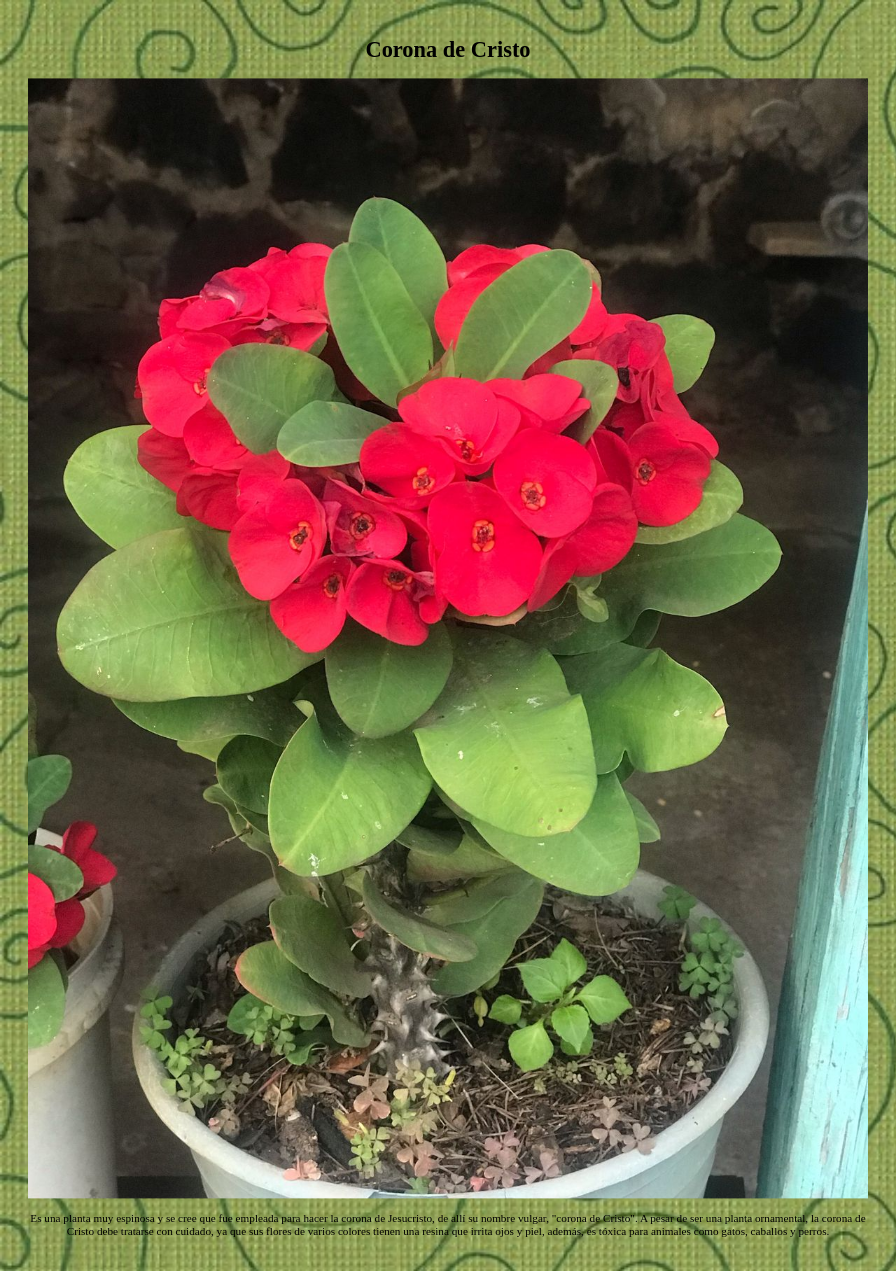
Repository: carrascokarencb37-afk/Nuura
Page: html/guiaPlant/planta1.html
The author's editor kept a copy of each file at every save. The page is drawn from the files as they stood at one save, then again after the next save.
The browser window is 1280 px wide. The pictures show the part of the page from y = 0 to 1920 px (the page is 1816 px tall before and 3335 px after), at 70% of full size.

Above is the page before, as saved 2026-05-22 22:44:06.

After the next save:
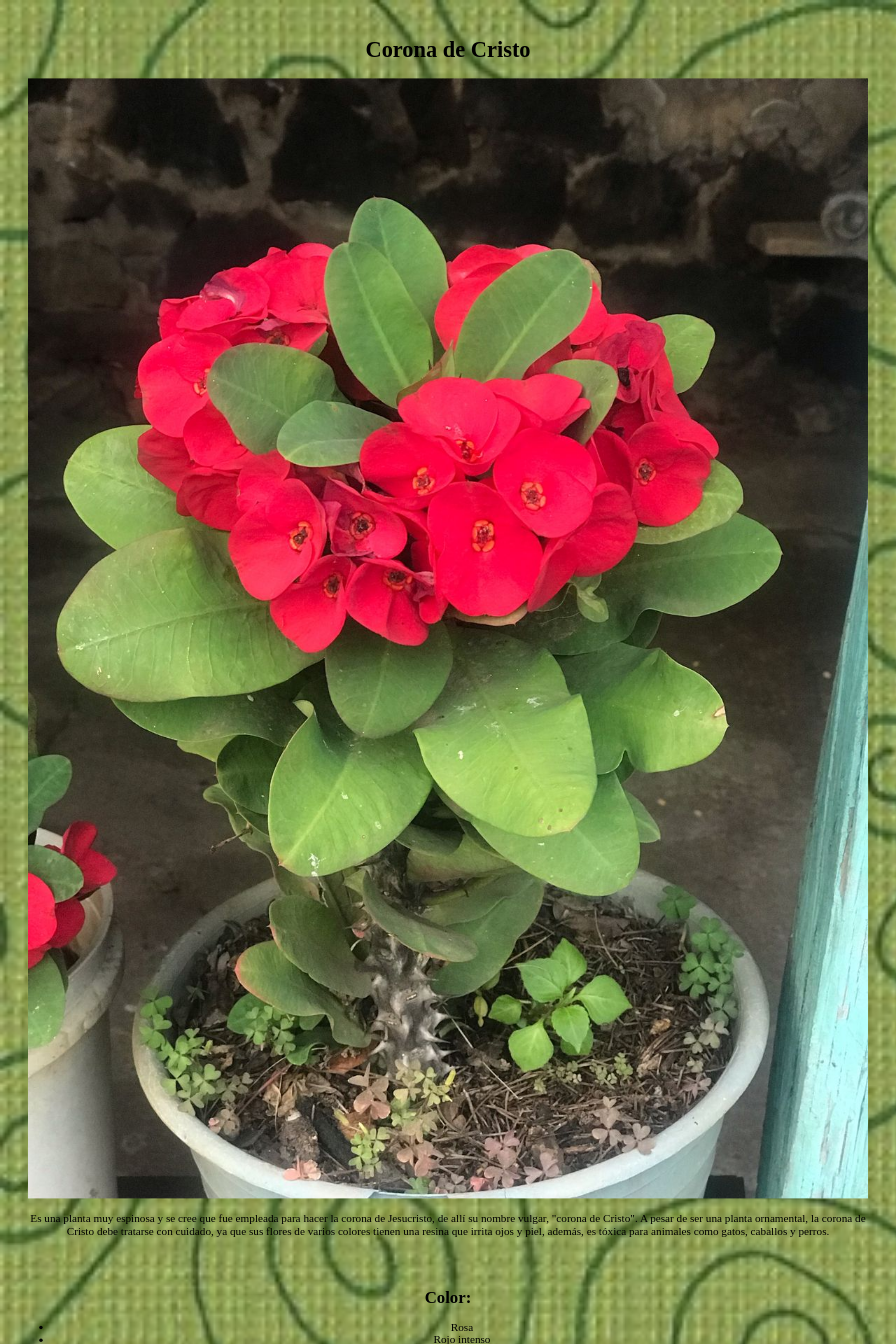
Saved 15 min 39 s later.
--- a/html/guiaPlant/planta1.html
+++ b/html/guiaPlant/planta1.html
@@ -16,7 +16,63 @@
             A pesar de ser una planta ornamental, la corona de Cristo debe tratarse
             con cuidado, ya que sus flores de varios colores tienen una resina que
             irrita ojos y piel, además, es tóxica para animales como gatos, caballos y
-            perros.</p>
+            perros.</p><br><br>
+
+        <h2>Color:</h2>
+        <ul>
+            <li>Rosa</li>
+            <li>Rojo intenso</li>
+            <li>Amarillo</li>
+            <li>Blanco</li>
+            <li>Naranja</li>
+        </ul>
+        <br><br>
+
+        <h2>Olor:</h2>
+        <p>La corona de Cristo tiene un aroma muy suave o casi imperceptible. No
+            destaca por su fragancia, sino por su apariencia ornamenatal.</p>
+        <br><br>
+
+        <h2>Tamaño:</h2>
+        <ul>
+            <li>En maceta: entre 30cm y 1 metro</li>
+            <li>En jardín: puede alcanzar hasta .5 metros</li>
+        </ul>
+        <br><br>
+
+        <h1>CUIDADOS</h1>
+        <h2> ¿Cuánto sol necesita?</h2>
+        <p>Minimo a 4 a 6 horas de sol directo al día.</p>
+        <p>Mientras más luz tenga, más flores producirá.</p>
+        <br><br>
+
+        <h2>Puede vivir en:</h2>
+        <ul>
+            <li>Patios</li>
+            <li>Terrazas</li>
+            <li>Jardines soleados</li>
+            <li>Ventanas iluminadas</li>
+        </ul>
+        <br><br>
+
+        <h2>¿Cuánta agua necesita?</h2>
+        <p>Riego moderado, cada 1 o 2 veces a la semana en clima cálido.</p>
+        <p>En invierno, reducir el riego a cada 10 o 15 dias.</p>
+
+        <h2>IMPORTANTE!</h2>
+        <p>No encharcar la tierra, porque sus raíces pueden pudrirse.</p>
+        <br><br>
+
+        <h2>Poda</h2>
+        <p>Se recomienda podar la corona de Cristo después de la floración para mantener su forma y promover el crecimiento de nuevas ramas.</p>
+        <p>Retirar hojas secas, flores marchitas y ramas dañadas</p>
+        <br><br>
+
+        <h2>Dato interesnte</h2>
+        <p>La corona de Cristo es originaria de México y América Central, pero se ha cultivado en todo el mundo como planta ornamental debido a su belleza y facilidad de cuidado.</p>
+        <p>Es muy popular porque florece casi todo el año, necesita poco mantenimiento, soporta calor intenso y es ideal para principiantes.</p>
+
+
     </div>
 </body>
 </html>
